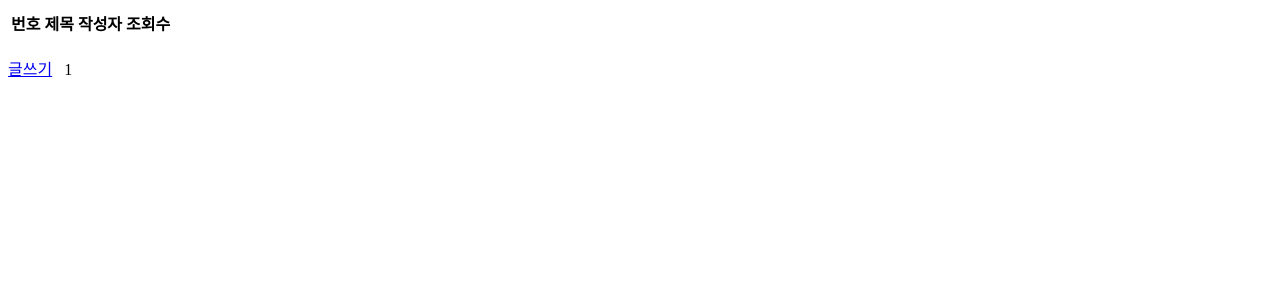
Repository: GitOnibi/jsp
Page: http://localhost/JSPprojec/notice/notice.jsp
An editor plug-in stored every save of this project. The page is shown before and after the next save, followed by the edit.
The browser window is 1280 px wide. The pictures show the whole page.
The page is served by Tomcat 9. Other server files are loaded and not shown. Queries for data that is not in the repository find no rows.

Above is the page before, as saved 2019-01-14 12:48:38.

### JSPprojec/WebContent/notice/notice.jsp
<%@ page language="java" contentType="text/html; charset=UTF-8" pageEncoding="UTF-8"%>
<%@ taglib prefix="c" uri="http://java.sun.com/jsp/jstl/core" %>
<%@ taglib prefix="sql" uri="http://java.sun.com/jsp/jstl/sql" %>

<c:set var="pageSize"	value="10" />
<c:set var="grpSize"	value="5" />
<c:set var="pageNum"	value="1" />
<c:set var="pageCnt"	value="1" />
<c:set var="skipRow"	value="1" />
<c:set var="dbCnt" />

<sql:query var="rs" dataSource="jdbc/OracleDB">
	SELECT * FROM board ORDER BY ref DESC, idx
</sql:query>

<c:set var="dbCnt" value="${ rs.rowCount }" />
<c:choose>
	<c:when test="${ dbCnt % pageSize == 0 }">
		<c:set var="pageCnt" value="${ dbCnt / pageSize }" />
	</c:when>
	<c:otherwise>
		<c:set var="pageCnt" value="${ dbCnt / pageSize + 1 }" />
	</c:otherwise>
</c:choose>

<c:set var="reqNum" value="${ param.pageNum }" />
<c:choose>
	<c:when test="${ reqNum == null }">
		<c:set var="reqNum" value="1" />
	</c:when>
	<c:otherwise>
		<c:set var="skipRow" value="${ (reqNum - 1) * pageSize + 1 }" />
	</c:otherwise>
</c:choose>
<c:if test="${param.pageNum==2 }">
</c:if>
<sql:query var="rs" dataSource="jdbc/OracleDB" startRow="${ skipRow - 1 }" maxRows="${ pageSize }">
	SELECT * FROM board ORDER BY ref DESC, idx
</sql:query>
<!DOCTYPE html>
<html>
<head>
<meta charset="UTF-8">
<title>notice</title>
</head>
<body>
	<table>
		<tbody>
			<tr>
				<th>번호</th>
				<th>제목</th>
				<th>작성자</th>
				<th>조회수</th>
			</tr>
			<c:if test="${ reqNum != null }">
				<c:set var="seqNum" value="${ dbCnt - (reqNum - 1) * pageSize }" />
			</c:if>
			<c:forEach var="row" items="${ rs.rows }" varStatus="stat">
				<tr>
					<td>${ seqNum - (stat.count) + 1 }</td>
					<td>
						<a href="read.jsp?idx=${ row.idx }&hit=${ row.hit }">
							<c:choose>
								<c:when test="${ row.step > 0 }">
									<c:forEach begin="0" end="${ row.step }" step="1">
										&nbsp;
									</c:forEach>
									[답글]${ row.title }
								</c:when>
								<c:otherwise>
									${ row.title }
								</c:otherwise>
							</c:choose>
						</a>
					</td>
					<td>${ row.name }</td>
					<td>${ row.hit }</td>
				</tr>
			</c:forEach>
		</tbody>
	</table>
	<br />
	<a href="write_form.jsp?mode=write">글쓰기</a>
<c:set var="grpCheck" value="${ (reqNum - 1) % grpSize }" />
<c:set var="startPage" value="${ reqNum - grpCheck }" />
<c:if test="${ (startPage - grpSize) > 0 }">
	<a href="notice.jsp?pageNum=${ startPage - 1 }">[prev]</a>
</c:if>
<c:forEach var="i" begin="${ startPage }" end="${ startPage + grpSize - 1 }" step="1">
	<c:choose>
		<c:when test="${ i == reqNum }">
			&nbsp; ${ i } &nbsp;
		</c:when>
		<c:when test="${ i > pageCnt }">
			<c:set var="i" value="${ startPage + grpSize - 1 }" />
		</c:when>
		<c:otherwise>
			<a href="notice.jsp?pageNum=${ i }">[${ i }]</a>
		</c:otherwise>
	</c:choose>
</c:forEach>
<c:if test="${ (startPage - grpSize) > 0 }">
	<a href="notice.jsp?pageNum=${ startPage - 1 }">[prev]</a>
</c:if>
</body>
</html>

After the next save:
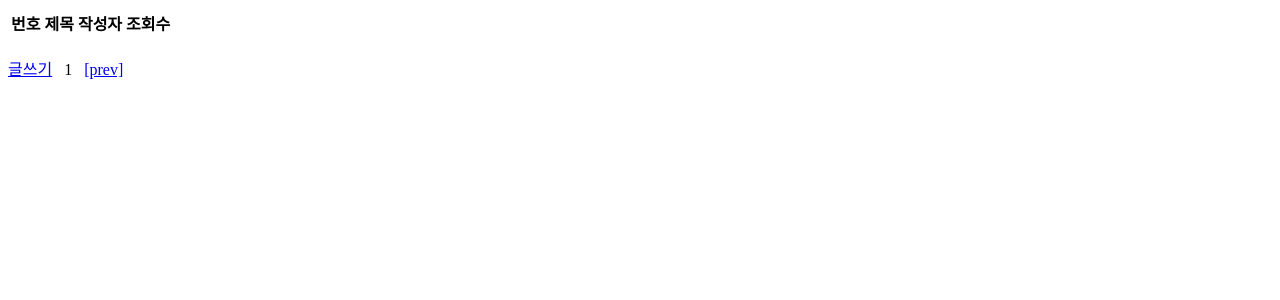
Saved 40 s later.
--- a/JSPprojec/WebContent/notice/notice.jsp
+++ b/JSPprojec/WebContent/notice/notice.jsp
@@ -99,7 +99,7 @@
 		</c:otherwise>
 	</c:choose>
 </c:forEach>
-<c:if test="${ (startPage - grpSize) > 0 }">
+<c:if test="${ grpSize > 0 }">
 	<a href="notice.jsp?pageNum=${ startPage - 1 }">[prev]</a>
 </c:if>
 </body>

After the save that followed:
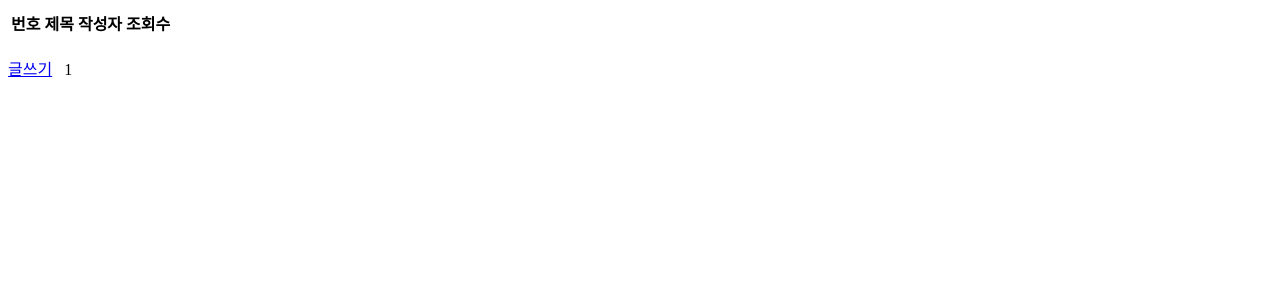
Saved 14 s later.
--- a/JSPprojec/WebContent/notice/notice.jsp
+++ b/JSPprojec/WebContent/notice/notice.jsp
@@ -99,7 +99,7 @@
 		</c:otherwise>
 	</c:choose>
 </c:forEach>
-<c:if test="${ grpSize > 0 }">
+<c:if test="${ grpSize < seqNum }">
 	<a href="notice.jsp?pageNum=${ startPage - 1 }">[prev]</a>
 </c:if>
 </body>
